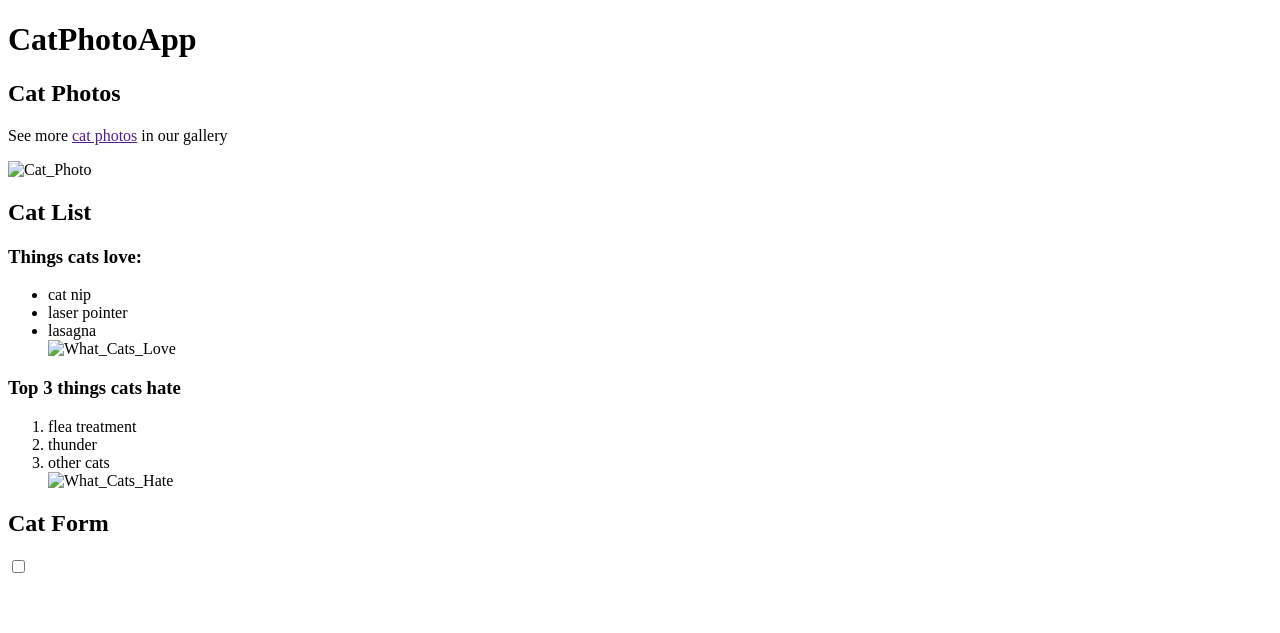
Repository: Lungdjos/cat_photo_app
Page: cat_photo_app/index.html
An editor plug-in stored every save of this project. The page is shown before and after a run of saves, followed by the edit.
The browser window is 1280 px wide. The pictures show the whole page.

Above is the page before, as saved 2023-08-29 17:43:59.

### cat_photo_app/index.html
<!DOCTYPE html>
<html lang="en">

<head>
    <meta charset="UTF-8">
    <meta name="viewport" content="width=device-width, initial-scale=1.0">
    <title>Cat Photo App</title>
</head>

<body>
    <h1>CatPhotoApp</h1>

    <h2>Cat Photos</h2>

    <p>See more
        <a href="">cat photos</a> in our gallery</p>
    <img src="" alt="Cat_Photo">
    <h2>Cat List</h2>
    <h3>Things cats love:</h3>
    <ul>
        <li>cat nip</li>
        <li>laser pointer</li>
        <li>lasagna</li>
        <img src="" alt="What_Cats_Love">
    </ul>
    <h3>Top 3 things cats hate</h3>
    <ol>
        <li>flea treatment</li>
        <li>thunder</li>
        <li>other cats</li>
        <img src="" alt="What_Cats_Hate">
    </ol>
    <form action="">
        <h2>Cat Form</h2>
        <input type="checkbox" name="" id="">
    </form>

</body>

</html>

After the next 8 saves:
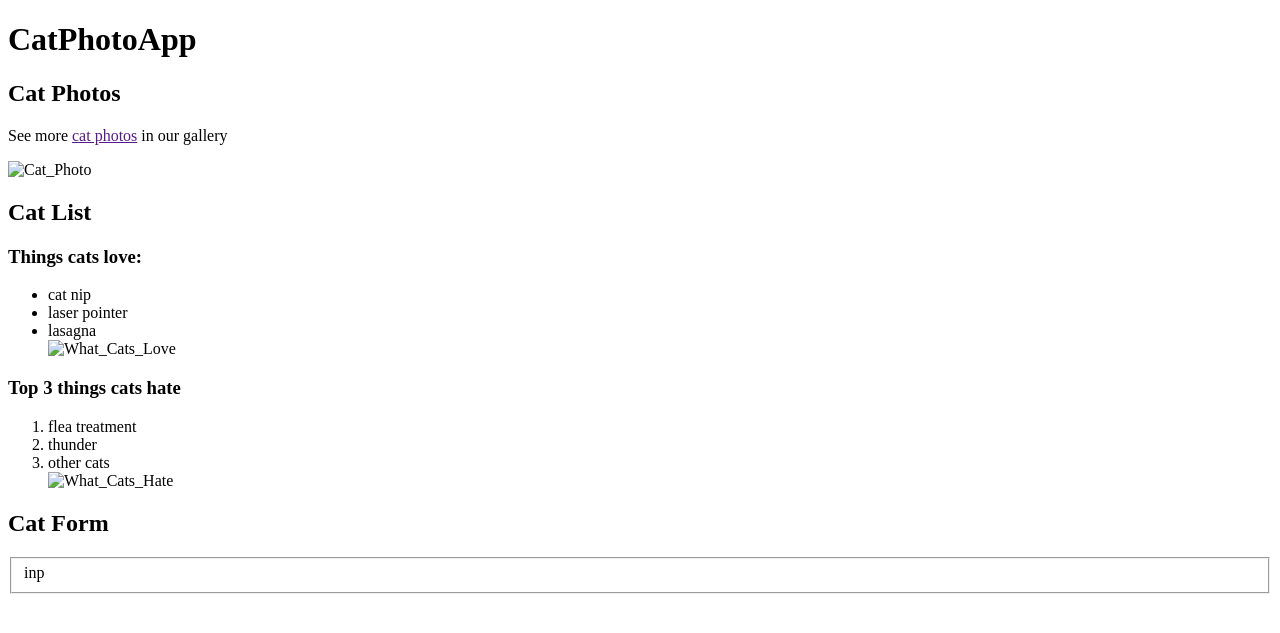
The 8 saves are shown as one change because they came seconds apart.
The last was saved 35 s later.
--- a/cat_photo_app/index.html
+++ b/cat_photo_app/index.html
@@ -32,7 +32,9 @@
     </ol>
     <form action="">
         <h2>Cat Form</h2>
-        <input type="checkbox" name="" id="">
+        <fieldset>
+            inp
+        </fieldset>
     </form>
 
 </body>
